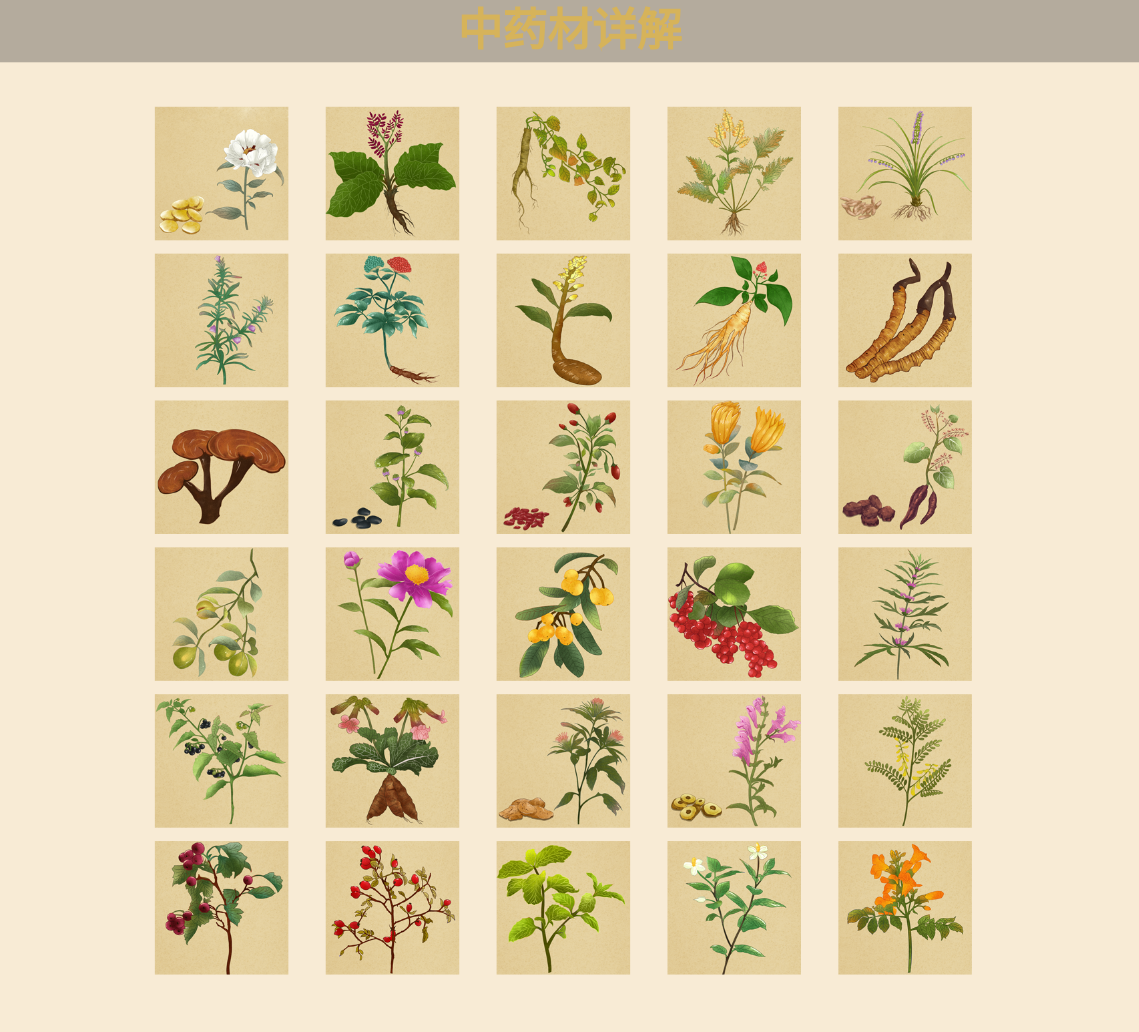
Repository: chjyume/zhongyi
Page: yaocai.html
An editor plug-in stored every save of this project. The page is shown before and after the next save, followed by the edit.
The browser window is 1280 px wide. The pictures show the whole page, at 89% of full size.

Above is the page before, as saved 2023-09-11 21:12:58.

### yaocai.html
<!--
	@author: vito
	@startTime: 04 Jan 2019
 -->

<!DOCTYPE html>
<html lang="en">

<head>
	<meta charset="UTF-8">
	<title>3D follow cursor flip</title>
	<link rel="stylesheet" type="text/css" href="css/yaocai.css">
</head>

<body>
	<header class="top-bar">
		<h1>中药材详解</h1>
	</header>
	<section class="container">
		<section class="boxItem">
			<a href="javascript:void(0)"></a>
			<a href="javascript:void(0)"></a>
			<a href="javascript:void(0)"></a>
			<a href="javascript:void(0)"></a>
			<section class="itemContentBox">
				<img src="img/yaocai/y1.png" alt="">
				<section class="itemContent">
					<span>【白芍】</span>
				</section>
				<section class="itemContent">
					<span>性味：味苦，酸，性微寒。</span>
				</section>
				<section class="itemContent">
					<span>归经：归肝，脾经。</span>
				</section>
				<section class="itemContent">
					<span>功效：养血调经，敛阴止汗， 柔肝</span>
				</section>
			</section>
		</section>
		<section class="boxItem">
			<a href="javascript:void(0)"></a>
			<a href="javascript:void(0)"></a>
			<a href="javascript:void(0)"></a>
			<a href="javascript:void(0)"></a>
			<section class="itemContentBox">
				<img src="img/yaocai/y2.png" alt="">
				<section class="itemContent">
					<span>【大黄】</span>
				</section>
				<section class="itemContent">
					<span>性味：味苦，酸，性微寒。</span>
				</section>
				<section class="itemContent">
					<span>归经：归肝，脾经。</span>
				</section>
				<section class="itemContent">
					<span>功效：养血调经，敛阴止汗， 柔肝</span>
				</section>
			</section>
		</section>
		<section class="boxItem">
			<a href="javascript:void(0)"></a>
			<a href="javascript:void(0)"></a>
			<a href="javascript:void(0)"></a>
			<a href="javascript:void(0)"></a>
			<section class="itemContentBox">
				<img src="img/yaocai/y3.png" alt="">
				<section class="itemContent">
					<span>【党参】</span>
				</section>
				<section class="itemContent">
					<span>性味：甘，平。</span>
				</section>
				<section class="itemContent">
					<span>归经：脾，肺经。</span>
				</section>
				<section class="itemContent">
					<span>功效：益气，生津，脾胃虚弱， 气</span>
				</section>
			</section>
		</section>
		<section class="boxItem">
			<a href="javascript:void(0)"></a>
			<a href="javascript:void(0)"></a>
			<a href="javascript:void(0)"></a>
			<a href="javascript:void(0)"></a>
			<section class="itemContentBox">
				<img src="img/yaocai/y4.png" alt="">
				<section class="itemContent">
					<span>【黄连】</span>
				</section>
				<section class="itemContent">
					<span>性味：性寒，味苦。</span>
				</section>
				<section class="itemContent">
					<span>归经：归心，脾，胃，肝，胆， 大</span>
				</section>
				<section class="itemContent">
					<span>功效：清热燥湿，泻火解毒。</span>
				</section>
			</section>
		</section>
		<section class="boxItem">
			<a href="javascript:void(0)"></a>
			<a href="javascript:void(0)"></a>
			<a href="javascript:void(0)"></a>
			<a href="javascript:void(0)"></a>
			<section class="itemContentBox">
				<img src="img/yaocai/y5.png" alt="">
				<section class="itemContent">
					<span>【麦冬】</span>
				</section>
				<section class="itemContent">
					<span>性味：甘，微苦，微寒。</span>
				</section>
				<section class="itemContent">
					<span>归经：归心，肺，胃经。</span>
				</section>
				<section class="itemContent">
					<span>功效：养阴生津，润肺止咳， 用于肺胃阴虚，津少口渴，干咳咯血。</span>
				</section>
			</section>
		</section>
		<section class="boxItem">
			<a href="javascript:void(0)"></a>
			<a href="javascript:void(0)"></a>
			<a href="javascript:void(0)"></a>
			<a href="javascript:void(0)"></a>
			<section class="itemContentBox">
				<img src="img/yaocai/y6.png" alt="">
				<section class="itemContent">
					<span>【迷迭香】</span>
				</section>
				<section class="itemContent">
					<span>性味：辛、性温，无毒。</span>
				</section>
				<section class="itemContent">
					<span>归经：归肺，胃，脾经。</span>
				</section>
				<section class="itemContent">
					<span>功效：镇静安神，提神醒脑， 消毒杀菌。</span>
				</section>
			</section>
		</section>
		<section class="boxItem">
			<a href="javascript:void(0)"></a>
			<a href="javascript:void(0)"></a>
			<a href="javascript:void(0)"></a>
			<a href="javascript:void(0)"></a>
			<section class="itemContentBox">
				<img src="img/yaocai/y7.png" alt="">
				<section class="itemContent">
					<span>【三七】</span>
				</section>
				<section class="itemContent">
					<span>性味：性温，味甘，微苦。</span>
				</section>
				<section class="itemContent">
					<span>归经：归心,肝,脾经。</span>
				</section>
				<section class="itemContent">
					<span>功效：止血补血，抗血栓， 增强免疫。</span>
				</section>
			</section>
		</section>
		<section class="boxItem">
			<a href="javascript:void(0)"></a>
			<a href="javascript:void(0)"></a>
			<a href="javascript:void(0)"></a>
			<a href="javascript:void(0)"></a>
			<section class="itemContentBox">
				<img src="img/yaocai/y8.png" alt="">
				<section class="itemContent">
					<span>【天麻】</span>
				</section>
				<section class="itemContent">
					<span>性味：平，味甘。</span>
				</section>
				<section class="itemContent">
					<span>归经：归肝经。</span>
				</section>
				<section class="itemContent">
					<span>功效：息风止痉，平肝潜阳， 祛风通络。</span>
				</section>
			</section>
		</section>
		<section class="boxItem">
			<a href="javascript:void(0)"></a>
			<a href="javascript:void(0)"></a>
			<a href="javascript:void(0)"></a>
			<a href="javascript:void(0)"></a>
			<section class="itemContentBox">
				<img src="img/yaocai/y9.png" alt="">
				<section class="itemContent">
					<span>【人参】</span>
				</section>
				<section class="itemContent">
					<span>性味：味甘，微苦，性温。</span>
				</section>
				<section class="itemContent">
					<span>归经：归心经。</span>
				</section>
				<section class="itemContent">
					<span>功效：补元气，补脾益肺， 生津，安神。</span>
				</section>
			</section>
		</section>
		<section class="boxItem">
			<a href="javascript:void(0)"></a>
			<a href="javascript:void(0)"></a>
			<a href="javascript:void(0)"></a>
			<a href="javascript:void(0)"></a>
			<section class="itemContentBox">
				<img src="img/yaocai/y10.png" alt="">
				<section class="itemContent">
					<span>【冬虫夏草】</span>
				</section>
				<section class="itemContent">
					<span>性味：性温，味甘。</span>
				</section>
				<section class="itemContent">
					<span>归经：归肝经。</span>
				</section>
				<section class="itemContent">
					<span>功效：具有补虚损，益精气，止咳化痰，抗癌抗老，降血脂等功效。</span>
				</section>
			</section>
		</section>
		<section class="boxItem">
			<a href="javascript:void(0)"></a>
			<a href="javascript:void(0)"></a>
			<a href="javascript:void(0)"></a>
			<a href="javascript:void(0)"></a>
			<section class="itemContentBox">
				<img src="img/yaocai/y11.png" alt="">
				<section class="itemContent">
					<span>【灵芝】</span>
				</section>
				<section class="itemContent">
					<span>性味：味甘，性温。</span>
				</section>
				<section class="itemContent">
					<span>归经：各处。</span>
				</section>
				<section class="itemContent">
					<span>功效：提高免疫力，降血糖，抗癌抗衰老，防心血管病，中风，高血压，护肝解毒。</span>
				</section>
			</section>
		</section>
		<section class="boxItem">
			<a href="javascript:void(0)"></a>
			<a href="javascript:void(0)"></a>
			<a href="javascript:void(0)"></a>
			<a href="javascript:void(0)"></a>
			<section class="itemContentBox">
				<img src="img/yaocai/y12.png" alt="">
				<section class="itemContent">
					<span>【补骨脂】</span>
				</section>
				<section class="itemContent">
					<span>性味：苦，辛，温。</span>
				</section>
				<section class="itemContent">
					<span>归经：归肾，脾经。</span>
				</section>
				<section class="itemContent">
					<span>功效：补肾壮阳，固精缩尿， 肾虚腰痛，小儿遗尿，纳气平喘，温脾止泻，肾漏。</span>
				</section>
			</section>
		</section>
		<section class="boxItem">
			<a href="javascript:void(0)"></a>
			<a href="javascript:void(0)"></a>
			<a href="javascript:void(0)"></a>
			<a href="javascript:void(0)"></a>
			<section class="itemContentBox">
				<img src="img/yaocai/y13.png" alt="">
				<section class="itemContent">
					<span>《Music Voyager》</span>
				</section>
				<section class="itemContent">
					<span>10 Apr 2003</span>
				</section>
				<section class="itemContent">
					<span>总11首</span>
				</section>
				<section class="itemContent">
					<span>《乐行者》</span>
				</section>
			</section>
		</section>
		<section class="boxItem">
			<a href="javascript:void(0)"></a>
			<a href="javascript:void(0)"></a>
			<a href="javascript:void(0)"></a>
			<a href="javascript:void(0)"></a>
			<section class="itemContentBox">
				<img src="img/yaocai/y14.png" alt="">
				<section class="itemContent">
					<span>《Music Voyager》</span>
				</section>
				<section class="itemContent">
					<span>10 Apr 2003</span>
				</section>
				<section class="itemContent">
					<span>总11首</span>
				</section>
				<section class="itemContent">
					<span>《乐行者》</span>
				</section>
			</section>
		</section>
		<section class="boxItem">
			<a href="javascript:void(0)"></a>
			<a href="javascript:void(0)"></a>
			<a href="javascript:void(0)"></a>
			<a href="javascript:void(0)"></a>
			<section class="itemContentBox">
				<img src="img/yaocai/y15.png" alt="">
				<section class="itemContent">
					<span>《Music Voyager》</span>
				</section>
				<section class="itemContent">
					<span>10 Apr 2003</span>
				</section>
				<section class="itemContent">
					<span>总11首</span>
				</section>
				<section class="itemContent">
					<span>《乐行者》</span>
				</section>
			</section>
		</section>
		<section class="boxItem">
			<a href="javascript:void(0)"></a>
			<a href="javascript:void(0)"></a>
			<a href="javascript:void(0)"></a>
			<a href="javascript:void(0)"></a>
			<section class="itemContentBox">
				<img src="img/yaocai/y16.png" alt="">
				<section class="itemContent">
					<span>《Music Voyager》</span>
				</section>
				<section class="itemContent">
					<span>10 Apr 2003</span>
				</section>
				<section class="itemContent">
					<span>总11首</span>
				</section>
				<section class="itemContent">
					<span>《乐行者》</span>
				</section>
			</section>
		</section>
		<section class="boxItem">
			<a href="javascript:void(0)"></a>
			<a href="javascript:void(0)"></a>
			<a href="javascript:void(0)"></a>
			<a href="javascript:void(0)"></a>
			<section class="itemContentBox">
				<img src="img/yaocai/y17.png" alt="">
				<section class="itemContent">
					<span>《Music Voyager》</span>
				</section>
				<section class="itemContent">
					<span>10 Apr 2003</span>
				</section>
				<section class="itemContent">
					<span>总11首</span>
				</section>
				<section class="itemContent">
					<span>《乐行者》</span>
				</section>
			</section>
		</section>
		<section class="boxItem">
			<a href="javascript:void(0)"></a>
			<a href="javascript:void(0)"></a>
			<a href="javascript:void(0)"></a>
			<a href="javascript:void(0)"></a>
			<section class="itemContentBox">
				<img src="img/yaocai/y18.png" alt="">
				<section class="itemContent">
					<span>《Music Voyager》</span>
				</section>
				<section class="itemContent">
					<span>10 Apr 2003</span>
				</section>
				<section class="itemContent">
					<span>总11首</span>
				</section>
				<section class="itemContent">
					<span>《乐行者》</span>
				</section>
			</section>
		</section>
		<section class="boxItem">
			<a href="javascript:void(0)"></a>
			<a href="javascript:void(0)"></a>
			<a href="javascript:void(0)"></a>
			<a href="javascript:void(0)"></a>
			<section class="itemContentBox">
				<img src="img/yaocai/y19.png" alt="">
				<section class="itemContent">
					<span>《Music Voyager》</span>
				</section>
				<section class="itemContent">
					<span>10 Apr 2003</span>
				</section>
				<section class="itemContent">
					<span>总11首</span>
				</section>
				<section class="itemContent">
					<span>《乐行者》</span>
				</section>
			</section>
		</section>
		<section class="boxItem">
			<a href="javascript:void(0)"></a>
			<a href="javascript:void(0)"></a>
			<a href="javascript:void(0)"></a>
			<a href="javascript:void(0)"></a>
			<section class="itemContentBox">
				<img src="img/yaocai/y20.png" alt="">
				<section class="itemContent">
					<span>《Music Voyager》</span>
				</section>
				<section class="itemContent">
					<span>10 Apr 2003</span>
				</section>
				<section class="itemContent">
					<span>总11首</span>
				</section>
				<section class="itemContent">
					<span>《乐行者》</span>
				</section>
			</section>
		</section>
		<section class="boxItem">
			<a href="javascript:void(0)"></a>
			<a href="javascript:void(0)"></a>
			<a href="javascript:void(0)"></a>
			<a href="javascript:void(0)"></a>
			<section class="itemContentBox">
				<img src="img/yaocai/y21.png" alt="">
				<section class="itemContent">
					<span>《Music Voyager》</span>
				</section>
				<section class="itemContent">
					<span>10 Apr 2003</span>
				</section>
				<section class="itemContent">
					<span>总11首</span>
				</section>
				<section class="itemContent">
					<span>《乐行者》</span>
				</section>
			</section>
		</section>
		<section class="boxItem">
			<a href="javascript:void(0)"></a>
			<a href="javascript:void(0)"></a>
			<a href="javascript:void(0)"></a>
			<a href="javascript:void(0)"></a>
			<section class="itemContentBox">
				<img src="img/yaocai/y22.png" alt="">
				<section class="itemContent">
					<span>《Music Voyager》</span>
				</section>
				<section class="itemContent">
					<span>10 Apr 2003</span>
				</section>
				<section class="itemContent">
					<span>总11首</span>
				</section>
				<section class="itemContent">
					<span>《乐行者》</span>
				</section>
			</section>
		</section>
		<section class="boxItem">
			<a href="javascript:void(0)"></a>
			<a href="javascript:void(0)"></a>
			<a href="javascript:void(0)"></a>
			<a href="javascript:void(0)"></a>
			<section class="itemContentBox">
				<img src="img/yaocai/y23.png" alt="">
				<section class="itemContent">
					<span>《Music Voyager》</span>
				</section>
				<section class="itemContent">
					<span>10 Apr 2003</span>
				</section>
				<section class="itemContent">
					<span>总11首</span>
				</section>
				<section class="itemContent">
					<span>《乐行者》</span>
				</section>
			</section>
		</section>
		<section class="boxItem">
			<a href="javascript:void(0)"></a>
			<a href="javascript:void(0)"></a>
			<a href="javascript:void(0)"></a>
			<a href="javascript:void(0)"></a>
			<section class="itemContentBox">
				<img src="img/yaocai/y24.png" alt="">
				<section class="itemContent">
					<span>《Hevan》</span>
				</section>
				<section class="itemContent">
					<span>04 Jun 2004</span>
				</section>
				<section class="itemContent">
					<span>总15首</span>
				</section>
				<section class="itemContent">
					<span>《第二天堂》</span>
				</section>
			</section>
		</section>

		<section class="boxItem">
			<a href="javascript:void(0)"></a>
			<a href="javascript:void(0)"></a>
			<a href="javascript:void(0)"></a>
			<a href="javascript:void(0)"></a>
			<section class="itemContentBox">
				<img src="img/yaocai/y25.png" alt="">
				<section class="itemContent">
					<span>《Cao Cao》</span>
				</section>
				<section class="itemContent">
					<span>17 Feb 2006</span>
				</section>
				<section class="itemContent">
					<span>总11首</span>
				</section>
				<section class="itemContent">
					<span>《曹操》</span>
				</section>
			</section>
		</section>
		<section class="boxItem">
			<a href="javascript:void(0)"></a>
			<a href="javascript:void(0)"></a>
			<a href="javascript:void(0)"></a>
			<a href="javascript:void(0)"></a>
			<section class="itemContentBox">
				<img src="img/yaocai/y26.png" alt="">
				<section class="itemContent">
					<span>《Westside》</span>
				</section>
				<section class="itemContent">
					<span>29 Jun 2007</span>
				</section>
				<section class="itemContent">
					<span>总13首</span>
				</section>
				<section class="itemContent">
					<span>《西界》</span>
				</section>
			</section>
		</section>
		<section class="boxItem">
			<a href="javascript:void(0)"></a>
			<a href="javascript:void(0)"></a>
			<a href="javascript:void(0)"></a>
			<a href="javascript:void(0)"></a>
			<section class="itemContentBox">
				<img src="img/yaocai/y27.png" alt="">
				<section class="itemContent">
					<span>《Sixology》</span>
				</section>
				<section class="itemContent">
					<span>18 Oct 2008</span>
				</section>
				<section class="itemContent">
					<span>总14首</span>
				</section>
				<section class="itemContent">
					<span>《JJ陆》</span>
				</section>
			</section>
		</section>
		<section class="boxItem">
			<a href="javascript:void(0)"></a>
			<a href="javascript:void(0)"></a>
			<a href="javascript:void(0)"></a>
			<a href="javascript:void(0)"></a>
			<section class="itemContentBox">
				<img src="img/yaocai/y28.png" alt="">
				<section class="itemContent">
					<span>《Hundred Days》</span>
				</section>
				<section class="itemContent">
					<span>18 Dec 2009</span>
				</section>
				<section class="itemContent">
					<span>总13首</span>
				</section>
				<section class="itemContent">
					<span>《100天》</span>
				</section>
			</section>
		</section>
		<section class="boxItem">
			<a href="javascript:void(0)"></a>
			<a href="javascript:void(0)"></a>
			<a href="javascript:void(0)"></a>
			<a href="javascript:void(0)"></a>
			<section class="itemContentBox">
				<img src="img/yaocai/y29.png" alt="">
				<section class="itemContent">
					<span>《She Says》</span>
				</section>
				<section class="itemContent">
					<span>16 Nov 2010</span>
				</section>
				<section class="itemContent">
					<span>孙燕姿</span>
				</section>
				<section class="itemContent">
					<span>《她说》</span>
				</section>
			</section>
		</section>
		<section class="boxItem">
			<a href="javascript:void(0)"></a>
			<a href="javascript:void(0)"></a>
			<a href="javascript:void(0)"></a>
			<a href="javascript:void(0)"></a>
			<section class="itemContentBox">
				<img src="img/yaocai/y30.png" alt="">
				<section class="itemContent">
					<span>《Lost N Found》</span>
				</section>
				<section class="itemContent">
					<span>31 Dec 2011</span>
				</section>
				<section class="itemContent">
					<span>总12首</span>
				</section>
				<section class="itemContent">
					<span>《学不会》</span>
				</section>
			</section>
		</section>


	</section>
</body>

</html>

### css/yaocai.css
body{
    font-size: 16px;
    -webkit-font-smoothing: antialiased;
    -moz-osx-font-smoothing: grayscale;
    background-color:rgb(248,235,213);
}
*{
  margin: 0;
  padding: 0;
  border: 0;
  vertical-align: baseline;
  box-sizing: border-box;
  font-family: 'Proxima Nova';
}
/* HTML5 display-role reset for older browsers */
.top-bar {
  background-color: #33333358;
  color: #d6b35a;
  padding: 10px;
  text-align: center;

}

.top-bar h1 {
  font-size: 7vh;
  margin: 0;
}
article, aside, details, figcaption, figure,
footer, header, hgroup, menu, nav, section {
  display: block;
}
body {
  line-height: 1;
}
ol, ul {
  list-style: none;
}
blockquote, q {
  quotes: none;
}
blockquote:before, blockquote:after,
q:before, q:after {
  content: '';
  content: none;
}
input{
  font-family: 'Proxima Nova';
}
table {
  border-collapse: collapse;
  border-spacing: 0;
}
a {
  text-decoration:none;
  font-size: 16px;
  color: #333;
  /* 取消点击时背景色 */
    -webkit-tap-highlight-color: transparent;
  -webkit-user-select: none;
  -moz-user-focus: none;
  -moz-user-select: none;
}
/* custom css */
div:active,section:active{
  -webkit-tap-highlight-color: transparent;
  -o-tap-highlight-color: transparent;
  -moz-tap-highlight-color: transparent;
}
.clearfix{
  zoom: 1;
}
.clearfix:after{
  display:block;
  clear:both;
  content:"";
  visibility:hidden;
  height:0;

}


.container {
  width: 75%;
  margin: 50px auto;
  display: flex;
  flex-flow: row wrap;
  align-items: center;
  justify-content: space-around;
}
.container .boxItem {
  width: 150px;
  height: 150px;
  position: relative;
  margin: 0 15px 15px 0;
}
.container .boxItem > a {
  position: absolute;
  display: block;
  width: 100%;
  height: 100%;
  z-index: 10;
}
.container .boxItem > a:first-of-type:hover,
.container .boxItem > a:nth-child(2):hover,
.container .boxItem > a:nth-child(3):hover,
.container .boxItem > a:last-of-type:hover {
  z-index: 11;
  -moz-clip-path: none;
  -webkit-clip-path: none;
  clip-path: none;
  clip: auto;
}
.container .boxItem > a:first-of-type {
  -moz-clip-path: polygon(0 0, 100% 0, 50% 50%);
  -webkit-clip-path: polygon(0 0, 100% 0, 50% 50%);
  clip-path: polygon(0 0, 100% 0, 50% 50%);
  clip: rect(0px,150px,120px,0px);
}
.container .boxItem > a:first-of-type:hover ~ .itemContentBox > img {
  -moz-transform: rotateX(-90deg);
  -webkit-transform: rotateX(-90deg);
  transform: rotateX(-90deg);
}
.container .boxItem > a:first-of-type:hover ~ .itemContentBox .itemContent:first-of-type {
  -moz-transform: rotateX(0);
  -webkit-transform: rotateX(0);
  transform: rotateX(0);
  opacity: 1;
}
.container .boxItem > a:nth-child(2) {
  -moz-clip-path: polygon(100% 0, 50% 50%, 100% 100%);
  -webkit-clip-path: polygon(100% 0, 50% 50%, 100% 100%);
  clip-path: polygon(100% 0, 50% 50%, 100% 100%);
  clip: rect(0px,150px,150px,120px);
}
.container .boxItem > a:nth-child(2):hover ~ .itemContentBox > img {
  -moz-transform: rotateY(-90deg);
  -webkit-transform: rotateY(-90deg);
  transform: rotateY(-90deg);
}
.container .boxItem > a:nth-child(2):hover ~ .itemContentBox .itemContent:nth-of-type(2) {
  -moz-transform: rotateY(0);
  -webkit-transform: rotateY(0);
  transform: rotateY(0);
  opacity: 1;
}
.container .boxItem > a:nth-child(3) {
  -moz-clip-path: polygon(0 100%, 50% 50%, 100% 100%);
  -webkit-clip-path: polygon(0 100%, 50% 50%, 100% 100%);
  clip-path: polygon(0 100%, 50% 50%, 100% 100%);
  clip: rect(120px,150px,150px,0px);
}
.container .boxItem > a:nth-child(3):hover ~ .itemContentBox > img {
  -moz-transform: rotateX(90deg);
  -webkit-transform: rotateX(90deg);
  transform: rotateX(90deg);
}
.container .boxItem > a:nth-child(3):hover ~ .itemContentBox .itemContent:nth-of-type(3) {
  -moz-transform: rotateX(0);
  -webkit-transform: rotateX(0);
  transform: rotateX(0);
  opacity: 1;
}
.container .boxItem > a:last-of-type {
  -moz-clip-path: polygon(0 0, 50% 50%, 0 100%);
  -webkit-clip-path: polygon(0 0, 50% 50%, 0 100%);
  clip-path: polygon(0 0, 50% 50%, 0 100%);
  clip: rect(0px,30px,150px,0px);
}
.container .boxItem > a:last-of-type:hover ~ .itemContentBox > img {
  -moz-transform: rotateY(90deg);
  -webkit-transform: rotateY(90deg);
  transform: rotateY(90deg);
}
.container .boxItem > a:last-of-type:hover ~ .itemContentBox .itemContent:last-of-type {
  -moz-transform: rotateY(0);
  -webkit-transform: rotateY(0);
  transform: rotateY(0);
  opacity: 1;
}
.container .boxItem .itemContentBox {
  width: 100%;
  height: 100%;
  position: absolute;
}
.container .boxItem .itemContentBox > img {
  width: 100%;
  height: 100%;
  position: absolute;
  z-index: 2;
  /*transform-style: preserve-3d;*/
  transition: all 0.3s linear;
  transform-origin: center center -75px;
}
.container .boxItem .itemContentBox .itemContent {
  position: absolute;
  width: 100%;
  height: 100%;
  background-color: #928f8f;
  text-align: center;
  transform-style: preserve-3d;
  transform-origin: center center -75px;
  color: #fff;
  transition: all 0.3s linear;
  display: flex;
  flex-flow: column;
  align-items: center;
  opacity: .2;
}
.container .boxItem .itemContentBox .itemContent > span {
  transform: translateY(60px);
}
.container .boxItem .itemContentBox .itemContent:first-of-type {
  transform: rotateX(90deg);
}
.container .boxItem .itemContentBox .itemContent:nth-of-type(2) {
  transform: rotateY(90deg);
}
.container .boxItem .itemContentBox .itemContent:nth-of-type(3) {
  transform: rotateX(-90deg);
}
.container .boxItem .itemContentBox .itemContent:last-of-type {
  transform: rotateY(-90deg);
}

After the next save:
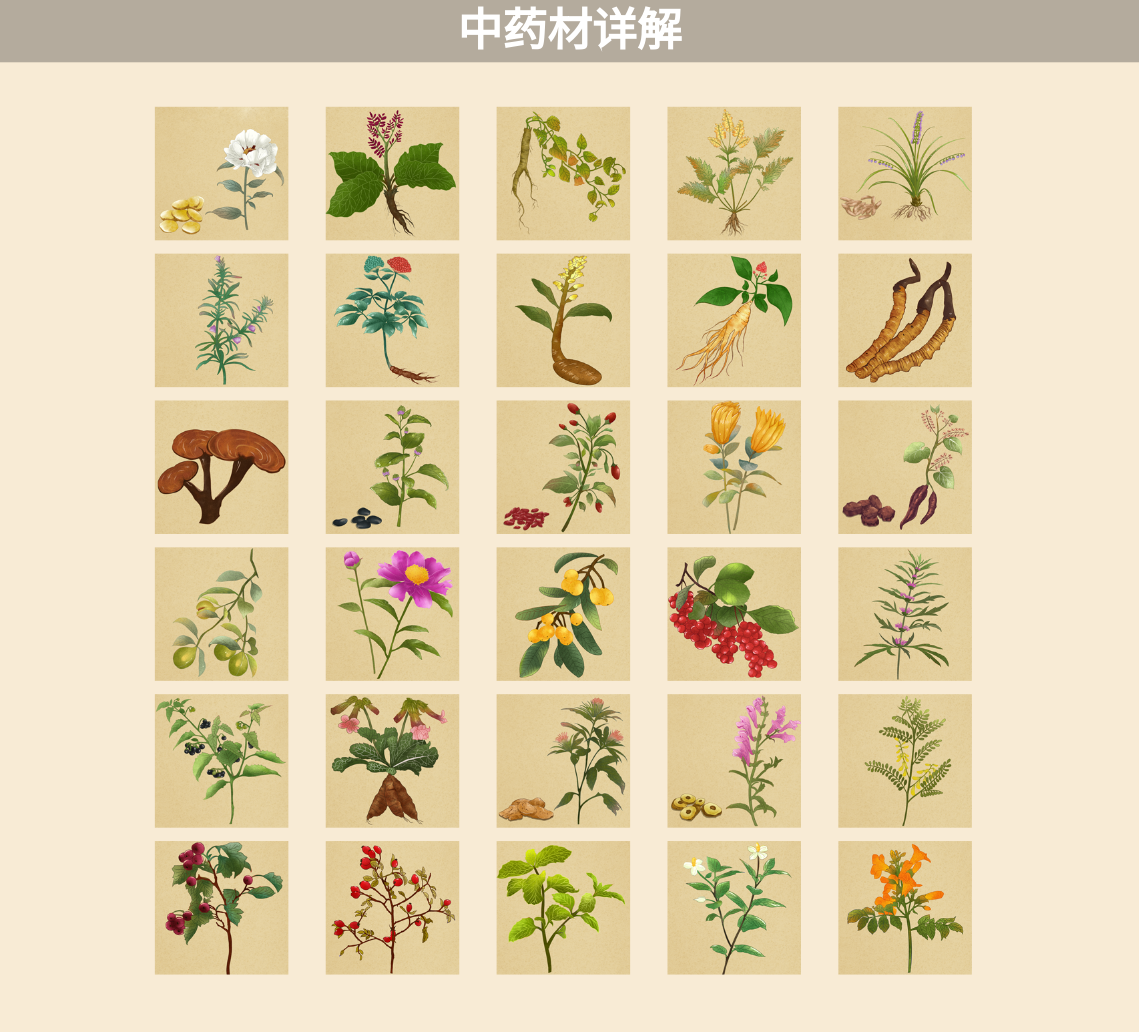
Saved 8 s later.
--- a/css/yaocai.css
+++ b/css/yaocai.css
@@ -15,7 +15,7 @@ body{
 /* HTML5 display-role reset for older browsers */
 .top-bar {
   background-color: #33333358;
-  color: #d6b35a;
+  color: #fff;
   padding: 10px;
   text-align: center;
 
